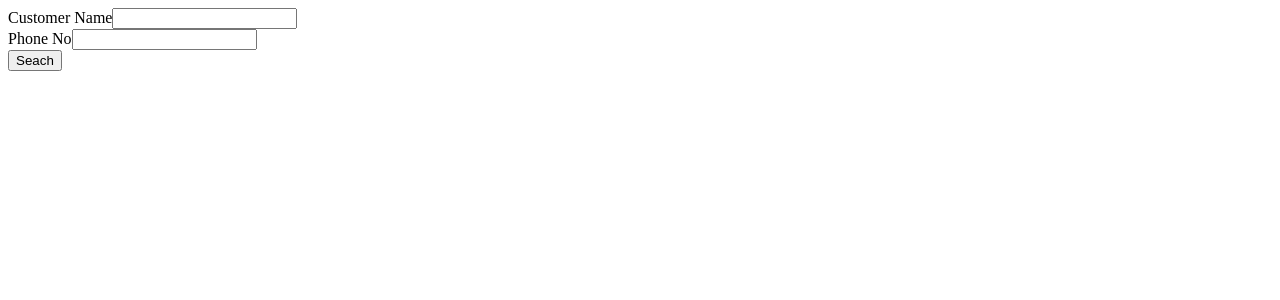
Repository: Mahesh2114/Project
Page: http://localhost/bms/search.jsp
These files come from the project's save history. The page is drawn as it stood at one moment and after the next save; the edit follows.
The browser window is 1280 px wide. The pictures show the whole page.
The page is served by Tomcat 9.

Above is the page before, as saved 2021-12-05 12:25:06.

After the next save:
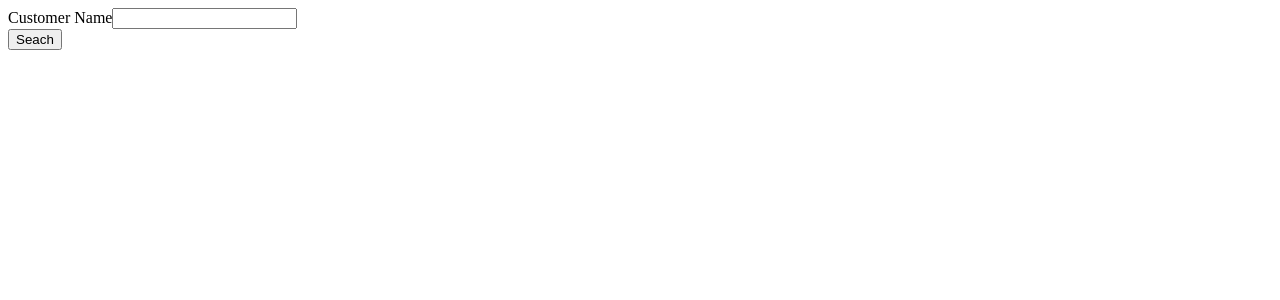
Saved 26 s later.
--- a/Project1/bms/src/main/webapp/search.jsp
+++ b/Project1/bms/src/main/webapp/search.jsp
@@ -12,9 +12,6 @@
 			<label>Customer Name</label><input type="text" name="name">
 		</div>
 		<div>
-			<label>Phone No</label><input type="text" name="phone">
-		</div>
-		<div>
 			<button type="submit">Seach</button>
 		</div>
 </form>
